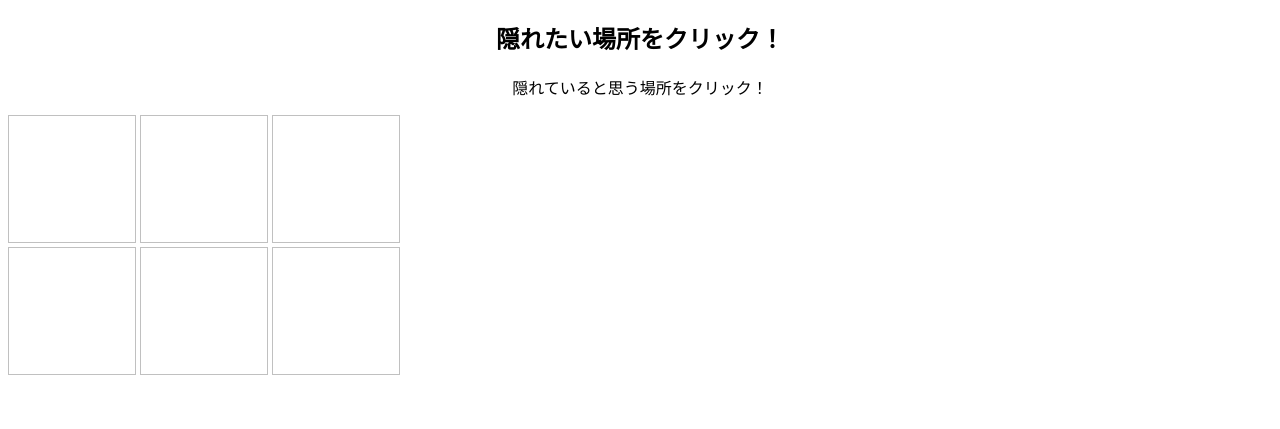
Repository: shoma2491/Mission_Invisible
Page: src/main/resources/templates/game.html
An editor plug-in stored every save of this project. The page is shown before and after a run of saves, followed by the edit.
The browser window is 1280 px wide. The pictures show the whole page.

Above is the page before, as saved 2022-01-18 14:44:48.

### src/main/resources/templates/game.html
<!DOCTYPE html>
<html>

<head>

</head>

<body>
        <div sec:authorize="hasRole('ROLE_USER')" style="text-align:center">
                <h2>隠れたい場所をクリック！</h2>
        </div>
        <div sec:authorize="hasRole('ROLE_ONI')" style="text-align:center">
                <p>隠れていると思う場所をクリック！</p>
        </div>

        <a href="/selectImgNum/1"><img th:src="@{/image/神社.png}" width="128" height="128" /></a>
        <a href="/selectImgNum/2"><img th:src="@{/image/商店街.png}" width="128" height="128" /></a>
        <a href="/selectImgNum/3"><img th:src="@{/image/くさむら.png}" width="128" height="128" /></a>
        <br/>
        <a href="/selectImgNum/4"><img th:src="@{/image/納屋.png}" width="128" height="128" /></a>
        <a href="/selectImgNum/5"><img th:src="@{/image/墓地.png}" width="128" height="128" /></a>
        <a href="/selectImgNum/6"><img th:src="@{/image/木.png}" width="128" height="128" /></a>
</body>

</html>

After the next 3 saves:
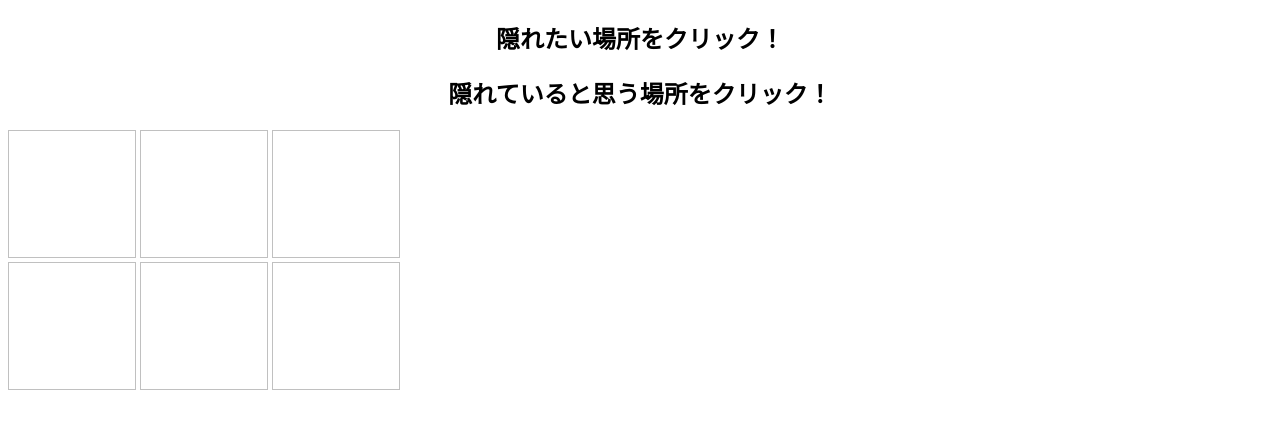
The 3 saves are shown as one change because they came seconds apart.
The last was saved 10 s later.
--- a/src/main/resources/templates/game.html
+++ b/src/main/resources/templates/game.html
@@ -10,7 +10,7 @@
                 <h2>隠れたい場所をクリック！</h2>
         </div>
         <div sec:authorize="hasRole('ROLE_ONI')" style="text-align:center">
-                <p>隠れていると思う場所をクリック！</p>
+                <h2 style="text-align:center">隠れていると思う場所をクリック！</h2>
         </div>
 
         <a href="/selectImgNum/1"><img th:src="@{/image/神社.png}" width="128" height="128" /></a>
